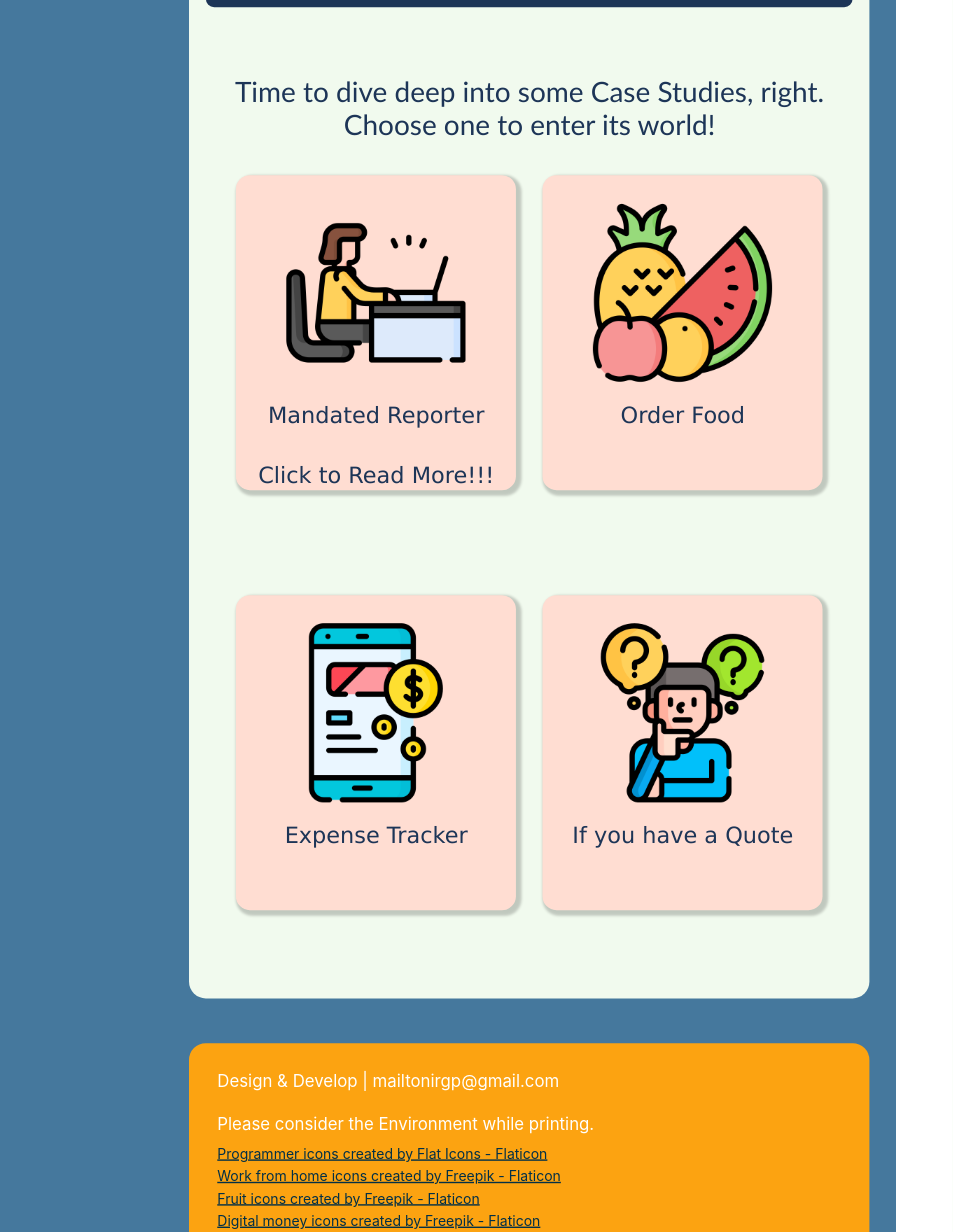
Repository: niranjangp/portfolioReact
Page: /
An editor plug-in stored every save of this project. The page is shown before and after the next save, followed by the edit.
The browser window is 1280 px wide. The page is 1361 px wide, so the pictures cover 1361 px, including what lies to the right of the window. The pictures show the part of the page from y = 1365 to 3125 px (the page is 3210 px tall before and 3274 px after), at 70% of full size.
The project was rebuilt for these pictures with package versions that can differ from the ones it lists, and the page was loaded fresh each time. Also part of the build but not shown: src/pages/csOne.jsx, src/pages/csTwo.jsx, src/pages/csThree.jsx, src/pages/csFour.jsx, src/pages/notFound.jsx.

Above is the page before, as saved 2022-02-02 02:02:18.

### public/index.html
<!DOCTYPE html>
<html lang="en">
  <head>
    <meta charset="utf-8" />
    <!--<link rel="icon" href="%PUBLIC_URL%/favicon.ico" />-->
    <meta name="viewport" content="width=device-width, initial-scale=1" />
    <meta name="theme-color" content="#000000" />
    <meta
      name="description"
      content="Web site created using create-react-app"
    />
    <!--<link rel="apple-touch-icon" href="%PUBLIC_URL%/logo192.png" />-->
    <!--
      manifest.json provides metadata used when your web app is installed on a
      user's mobile device or desktop. See https://developers.google.com/web/fundamentals/web-app-manifest/
    -->
    <link rel="manifest" href="%PUBLIC_URL%/manifest.json" />
    <!--
      Notice the use of %PUBLIC_URL% in the tags above.
      It will be replaced with the URL of the `public` folder during the build.
      Only files inside the `public` folder can be referenced from the HTML.

      Unlike "/favicon.ico" or "favicon.ico", "%PUBLIC_URL%/favicon.ico" will
      work correctly both with client-side routing and a non-root public URL.
      Learn how to configure a non-root public URL by running `npm run build`.
    -->
    <title>Portfolio</title>
  </head>
  <body>
    <noscript>You need to enable JavaScript to run this app.</noscript>
    <div id="root"></div>
    <!--
      This HTML file is a template.
      If you open it directly in the browser, you will see an empty page.

      You can add webfonts, meta tags, or analytics to this file.
      The build step will place the bundled scripts into the <body> tag.

      To begin the development, run `npm start` or `yarn start`.
      To create a production bundle, use `npm run build` or `yarn build`.
    -->
  </body>
</html>

### src/index.css
body {
  margin: 0;
  font-family: -apple-system, BlinkMacSystemFont, 'Segoe UI', 'Roboto', 'Oxygen',
    'Ubuntu', 'Cantarell', 'Fira Sans', 'Droid Sans', 'Helvetica Neue',
    sans-serif;
  -webkit-font-smoothing: antialiased;
  -moz-osx-font-smoothing: grayscale;
  box-sizing: border-box;
}

code {
  font-family: source-code-pro, Menlo, Monaco, Consolas, 'Courier New',
    monospace;
}

p {
  margin: 0;
}

### src/App.js
import './App.css';

import { Route, NavLink, Switch, Redirect } from 'react-router-dom';
import EnterTheDesign from './pages/enterDesign';
import CSOne from './pages/csOne';
import CSTwo from './pages/csTwo';
import CSThree from './pages/csThree';
import CSFour from './pages/csFour';
import NotFound from './pages/notFound';

function App() {
  const flatIconLink = "https://www.flaticon.com/free-icons/programmer";
  const wfhIconLink = "https://www.flaticon.com/free-icons/work-from-home";
  const fruitLink ="https://www.flaticon.com/free-icons/fruit";
  const moneyLink = "https://www.flaticon.com/free-icons/digital-money";
  const quoteLink = "https://www.flaticon.com/free-icons/question-mark";



  return (
    <div className='App'>
      <div className="containerOne">
        <nav className='navigation'>
          <div className='navDiv'>
            <NavLink activeClassName="nav-link active" className="nav-link" to="/enter-the-design">Take me Home!</NavLink>
          </div>
          <div className='navDiv'>
            <NavLink activeClassName="nav-link active" className="nav-link" to="/cs-one">Case Study Numero Uno</NavLink>
          </div>
          <div className='navDiv'>
            <NavLink activeClassName="nav-link active" className="nav-link" to="/cs-two">Case t'w'o Study</NavLink>
          </div>
          <div className='navDiv'>
            <NavLink activeClassName="nav-link active" className="nav-link" to="/cs-three">Case Study the 3rd</NavLink>
          </div>
          <div className='navDiv'>
            <NavLink activeClassName="nav-link active" className="nav-link" to="/cs-four">Case Study IV</NavLink>
          </div>
        </nav>
        <main className='mainOne'>
          <Switch>
            <Route exact path="/" ><Redirect to="/enter-the-design" /></Route>
            <Route path="/enter-the-design" ><EnterTheDesign /></Route>
            <Route exact path="/cs-one" ><CSOne /></Route>
            <Route exact path="/cs-two" ><CSTwo /></Route>
            <Route exact path="/cs-three"><CSThree /></Route>
            <Route exact path="/cs-four"><CSFour /></Route>

            <Route path="*"><NotFound /></Route>
          </Switch>

        </main>
        <footer>
          <div className='footer-info'>
            {/*<p>Niranjan G P</p>*/}
            <p>Design & Develop    |   mailtonirgp@gmail.com</p>
            <p>Please consider the Environment while printing.</p>
          </div>
          <div className='credits'>
            <a href={flatIconLink} title="programmer icons">Programmer icons created by Flat Icons - Flaticon</a>
            <a href={wfhIconLink} title="work from home icons">Work from home icons created by Freepik - Flaticon</a>
            <a href={fruitLink} title="fruit icons">Fruit icons created by Freepik - Flaticon</a>
            <a href={moneyLink} title="digital money icons">Digital money icons created by Freepik - Flaticon</a>
            <a href={quoteLink} title="question mark icons">Question mark icons created by Freepik - Flaticon</a>
          </div>
        </footer>
      </div>

    </div>
  );
}

export default App;

### src/App.css
.containerOne {
  background-color: #45789d;
  padding: 24px;
  position: relative;
}

.mainOne {
  width: 75%;
  margin-left: 20%;
  background-color: #F1FAEE;
  height: 100%;
  border-radius: 1.5rem;
  padding: 24px;
}

.navigation {
  position: absolute;
  top: 24px;
  left: 24px;
  width: 15%;
  height: 1200px;
  background-color: #F1FAEE;
  border-radius: 1.5rem;
  padding: 64px 24px 24px;
}

.navDiv {
  padding: 16px 0;
  text-align: center;
}

.nav-link {
  font-size: 24px;
  text-decoration: none;
  color: #1d3557;
}

.nav-link.active {
  color: #2a9d8f;
  font-weight: bold;
  border-bottom: 4px solid #2a9d8f;
}

.fr-info {
  font-size: 3rem;
  font-family: 'Gill Sans', 'Gill Sans MT', Calibri, 'Trebuchet MS', sans-serif;
  padding: 24px 24px 24px 48px;
  color: #1d3557;
}

.firstRow {
  display: flex;
  align-items: center;
  padding: 64px 0;
}

.width-60 {
  width: 60%;
}

.width-40 {
  width: 40%;
}

.fullWidth {
  width: 100%;
}

.img-block {
  text-align: center;
}

.sec-row {
  background-color: #1d3557;
  color: #f1faee;
  border-radius: 0.75rem;
  padding: 64px;
  font-family: 'Lucida Sans', 'Lucida Sans Regular', 'Lucida Grande', 'Lucida Sans Unicode', Geneva, Verdana, sans-serif;
  font-size: 28px;
  text-align: justify;
}

.sec-row p {
  padding: 16px;
}

.centered {
  margin: 3rem auto;
  text-align: center;
  display: flex;
  justify-content: center;
  align-items: center;
}

.linkSel {
  text-decoration: underline;
  font-weight: bold;
}

.third-row {
  display: flex;
  flex-wrap: wrap;
  padding: 96px 24px 0;
}

.card-box {
  width: 50%;
  text-align: center;
  height: 600px;
}

.card {
  width: 400px;
  height: 450px;
  background-color: #ffddd2;
  border-radius: 20px;
  box-shadow: 4px 4px 4px 4px rgba(0, 0, 0, 0.2);
  margin: 3rem auto;
  flex-grow: 1;
  flex-shrink: 1;
  transition: width 500ms ease 0s;
}

.card:hover {
  box-shadow: 4px 4px 4px 8px rgba(0, 0, 0, 0.2);
  width: 420px;
  height: 470px;
  cursor: pointer;
}

.card a {
  text-decoration: none;
}

.card p {
  font-size: 32px;
  padding: 24px;
  color: #1d3557;
  font-family: Verdana, Geneva, Tahoma, sans-serif;
}

.card-icon {
  width: 256px;
  margin-top: 40px;
}

.intro-cs {
  text-align: center;
  font-size: 40px;
  color: #1d3557;
  font-family: 'Trebuchet MS', 'Lucida Sans Unicode', 'Lucida Grande', 'Lucida Sans', Arial, sans-serif;
}

footer {
  width: 75%;
  margin-left: 20%;
  background-color: #fca311;
  height: 100%;
  border-radius: 1.5rem;
  padding: 24px;
  margin-top: 64px;
  color: #fff;
}

.footer-info {
  font-size: 1.5rem;
}

.footer-info p {
  padding: 1rem;
}

.credits {
  padding-left: 16px;
}

.credits a {
  /*text-decoration: none;*/
  display: block;
  padding-bottom: 8px;
  font-size: 20px;
  color: #023047;
}

.csOne {
  min-height: 660px;
  height: 100%;
  color: #1d3557;
}

.backLink {
  font-size: 28px;
  font-weight: bold;
  padding: 16px 16px 16px 24px;
}

.backLink a {
  text-decoration: none;
  color: #1d3557;

}

.csOneHeader, .csTwoHeader, .cs3Header, .cs4Header {
  font-size: 40px;
  padding: 16px 16px 32px 24px;
}

.csOneBody {
  padding: 0 24px;
}

.csOneH {
  font-size: 32px;
  padding-bottom: 8px;
  border-bottom: 2px solid #1d3557;
  margin-bottom: 16px;
  display: inline-block;
}

.csOneC {
  font-size: 28px;
}

.pd-bt {
  padding-bottom: 48px;
}

.pd-bt-small {
  padding-bottom: 24px;
}

.clrp {
  width: 100px;
  height: 40px;
  border-top-right-radius: 20px;
  border-bottom-right-radius: 20px;
  margin-right: 24px;
}

.fir {
  background-color: #0070D2;
}

.sec {
  background-color: #16325C;
}

.thi {
  background-color: #526173;
}

.fou {
  font-family: sans-serif;
  padding-right: 24px;
}

.dp-flx {
  display: flex;
  margin: 16px 40px;
  align-items: center;
}

.flx-bx {
  display: flex;
  align-items: center;
  justify-content: space-evenly;
  margin-bottom: 48px;
}

.flx-bx div {
  font-size: 32px;
}

.mrDesk {
  width: 800px;
}

.last-text {
  font-size: 28px;
  color: #f07167;
  margin: 0 64px 24px;
  text-align: center;
}

.csTwo {
  font-family: 'Franklin Gothic Medium', 'Arial Narrow', Arial, sans-serif;
}

.csTwoHeader {
  color: #e76f51;
}

.csTwoPara {
  color: #0081a7;
  font-size: 28px;
  padding-bottom: 8px;
}

.padd-div {
  padding: 16px 24px 56px;
}

.csTwoRowTwo {
  color: #c81d25;
  font-size: 32px;
  padding-bottom: 16px;
  border-bottom: 2px solid #c81d25;
  margin-bottom: 48px;
}

.textCen {
  text-align: center;
}

.screenName {
  font-size: 24px;
  width: 80%;
  margin: 0 auto;
  margin-bottom: 0px;
  background-color: #284b63;
  color: #fff;
  border-top-left-radius: 12px;
  border-top-right-radius: 12px;
  padding: 8px 0;
}

.scrIcon {
  width: 80%;
  margin: 8px 0 64px;
}

.cs3 {
  font-family: 'Lucida Sans', 'Lucida Sans Regular', 'Lucida Grande', 'Lucida Sans Unicode', Geneva, Verdana, sans-serif;
}

.cs3Header {
  color: #006d77;
  border-bottom: 2px solid #006d77;
  display: inline-block;

}


.right-content {
  text-align: right;
  margin: 64px 0;
}

.exp-para {
  font-size: 40px;
  display: inline-block;
  background-color: #52b69a;
  padding: 8px 16px;
  border-radius: 20px;
  color: #fff;
  font-weight: bold;
  margin-bottom: 24px;
}

.exp-header {
  display: inline-block;
  font-size: 40px;
  color: #14746f;
  padding-bottom: 8px;
  border-bottom: 2px dotted #14746f;
  margin-bottom: 8px;
}

.flexExp {
  display: flex;
  align-items: center;
  justify-content: space-around;
}

.iconText {
  padding: 24px;
  font-size: 32px;
  color: #00afb9;
}

.expIcon {
  margin: 64px 0;
  width: 900px;
}

.last .exp-para {
  font-size: 28px;
}

.cs4 {
  font-family: 'Trebuchet MS', 'Lucida Sans Unicode', 'Lucida Grande', 'Lucida Sans', Arial, sans-serif;
}

.cs4Header {
  text-align: center;
  color: #ff5400;
  font-weight: bold;
}

.quoIcon {
  width: 900px;
}

.quo-pack {
  text-align: center;
}

.cs4-para {
  text-align: center;
  font-size: 28px;
  color: #bd1f36;
  padding-bottom: 12px;
}

.mrg-blk {
  margin: 64px 0;
}

.qIconTxt {
  color: #003e1f;
  font-size: 24px;
  padding: 8px 0;
  border-bottom: 2px solid #003e1f;
  margin-bottom: 64px;
}

.mrg-last-blk {
  margin: 64px 0;
  background-color: #dc143c;
  padding: 36px;
  color: #fff;
  border-radius: 36px;
  font-size: 32px;
}

.mrg-last-blk p {
  padding-bottom: 2rem;
}


/*.containerOne {
  background-color: #F1FAEE;
}
.mainOne {
  background-color: #a8dadc;
  width: 75%;
  margin-left: 20%;
  /-*background-color: #45789d;*-/
  height: 660px;
}

.p1 {
  color: #1d3557;
}
.p2 {
  color: #f1faee;
}*/

/*.App-logo {
  height: 40vmin;
  pointer-events: none;
}

@media (prefers-reduced-motion: no-preference) {
  .App-logo {
    animation: App-logo-spin infinite 20s linear;
  }
}

.App-header {
  background-color: #282c34;
  min-height: 100vh;
  display: flex;
  flex-direction: column;
  align-items: center;
  justify-content: center;
  font-size: calc(10px + 2vmin);
  color: white;
}

.App-link {
  color: #61dafb;
}

@keyframes App-logo-spin {
  from {
    transform: rotate(0deg);
  }

  to {
    transform: rotate(360deg);
  }
}*/

### src/pages/enterDesign.jsx
import React from 'react';
import Icons from '../assets/programmer.png';
import WorkingIcon from '../assets/working.png';
import FoodIcon from '../assets/fruit.png';
import ExpIcon from '../assets/expense.png';
import QuoteIcon from '../assets/quote.png';
import { Link } from 'react-router-dom';


const enterDesign = () => {
    const avatarIcon = Icons;


    return (
        <React.Fragment>
            <div className='firstRow'>
                <div className="width-60">
                    <p className='fr-info'>NIRANJAN G P, IS A UI DEVELOPER AT DELOITTE US INDIA</p>
                </div>
                <div className="width-40 img-block">
                    <img src={avatarIcon} alt="avatar-icon" className='avtr-img' />
                </div>
            </div>
            <div className='sec-row'>
                <p>Hi, this is Niranjan.</p>
                <p>I Joined Deloitte USI as a campus recruit. Since then I've been part of many innovative and high-intensity projects, coordinating between multiple virtual teams to help complete client deliverables.</p>
                <p>I've been part of the FRONT-END community since 2017 and constantly learning and developing UI and gradually having a go at UX design parallely.</p>
                <p>Currently based in Bengaluru, I have a big love for travel and adventure, also keeping in mind to do my bit to conserve the environment.</p>
                <p>Thanks for stopping by.</p>
            </div>
            <div className='third-row'>
                <div className='fullWidth intro-cs'>
                    <p>Time to dive deep into some Case Studies, right.</p>
                    <p>Choose one to enter its world!</p>
                </div>
                <div className='card-box'>
                    <div className="card">
                        <Link to="/cs-one">
                            <img src={WorkingIcon} alt="card-icon" className='card-icon' />
                            <p>Mandated Reporter</p>
                            <p>Click to Read More!!!</p>
                        </Link>
                    </div>
                </div>
                <div className='card-box'>
                    <div className="card">
                    <Link to="/cs-two">
                        <img src={FoodIcon} alt="card-icon" className='card-icon' />
                        <p>Order Food</p>
                        </Link>
                    </div>
                </div>
                <div className='card-box'>
                    <div className="card" >
                    <Link to="/cs-three">
                        <img src={ExpIcon} alt="card-icon" className='card-icon' />
                        <p>Expense Tracker</p>
                        </Link>
                    </div>
                </div>
                <div className='card-box'>
                    <div className="card" >
                    <Link to="/cs-four">
                        <img src={QuoteIcon} alt="card-icon" className='card-icon' />
                        <p>If you have a Quote</p>
                        </Link>
                    </div>
                </div>
            </div>
        </React.Fragment>
    )
};

export default enterDesign;

Loaded but not shown: src/index.js (common file); src/reportWebVitals.js (common file)

After the next save:
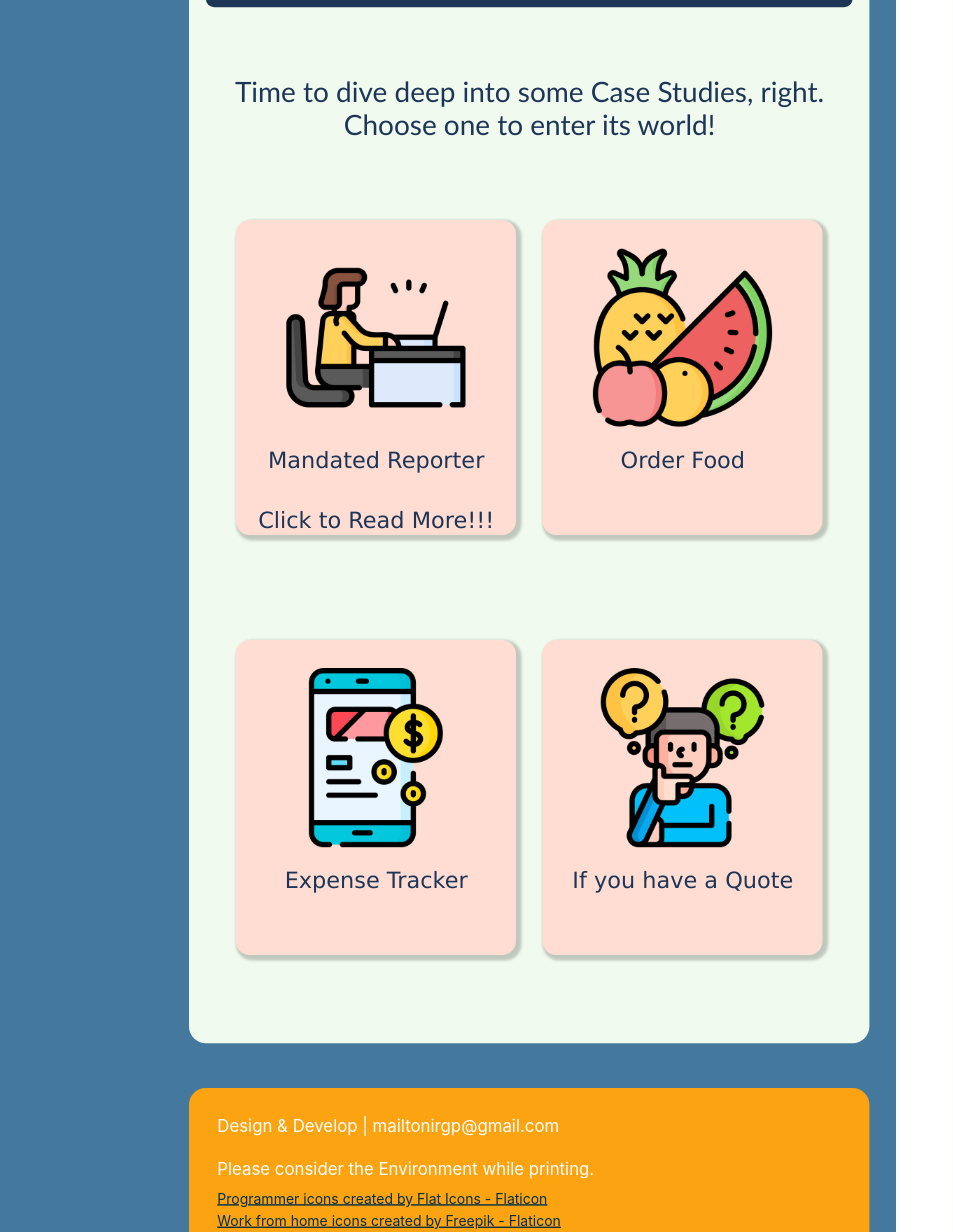
Saved 2 min 6 s later.
--- a/src/App.css
+++ b/src/App.css
@@ -148,6 +148,7 @@
   text-align: center;
   font-size: 40px;
   color: #1d3557;
+  margin-bottom: 64px;
   font-family: 'Trebuchet MS', 'Lucida Sans Unicode', 'Lucida Grande', 'Lucida Sans', Arial, sans-serif;
 }
 
